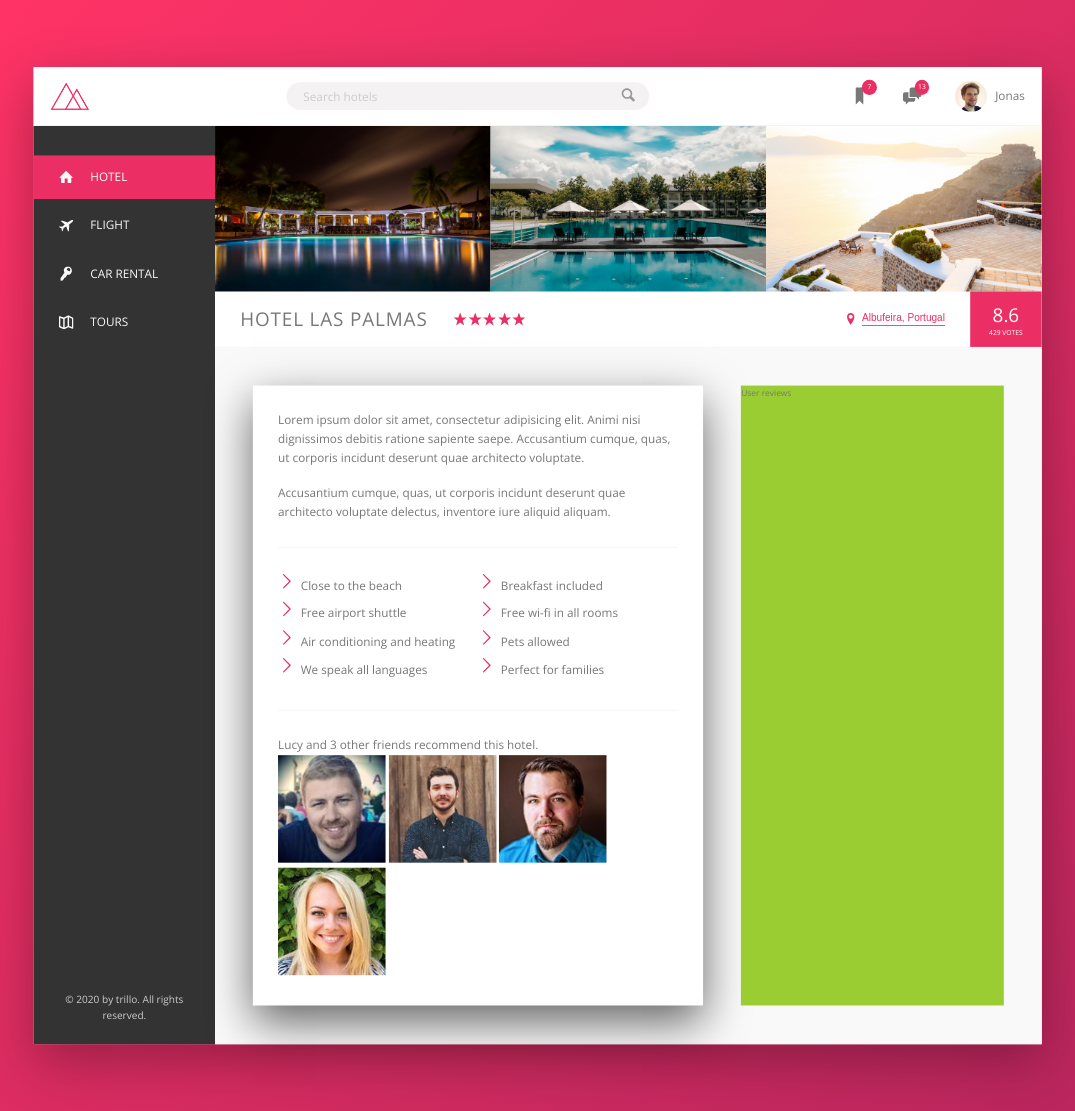
Repository: Lithium87/Trillo
Page: index.html
The author's editor kept a copy of each file at every save. The page is drawn from the files as they stood at one save, then again after the next save.
The browser window is 1280 px wide. The pictures show the whole page, at 84% of full size.
The style sheet was rebuilt from its Sass, Less or Tailwind sources for each picture, by a compiler version that may differ from the author's.

Above is the page before, as saved 2020-05-17 00:36:35.

After the next save:
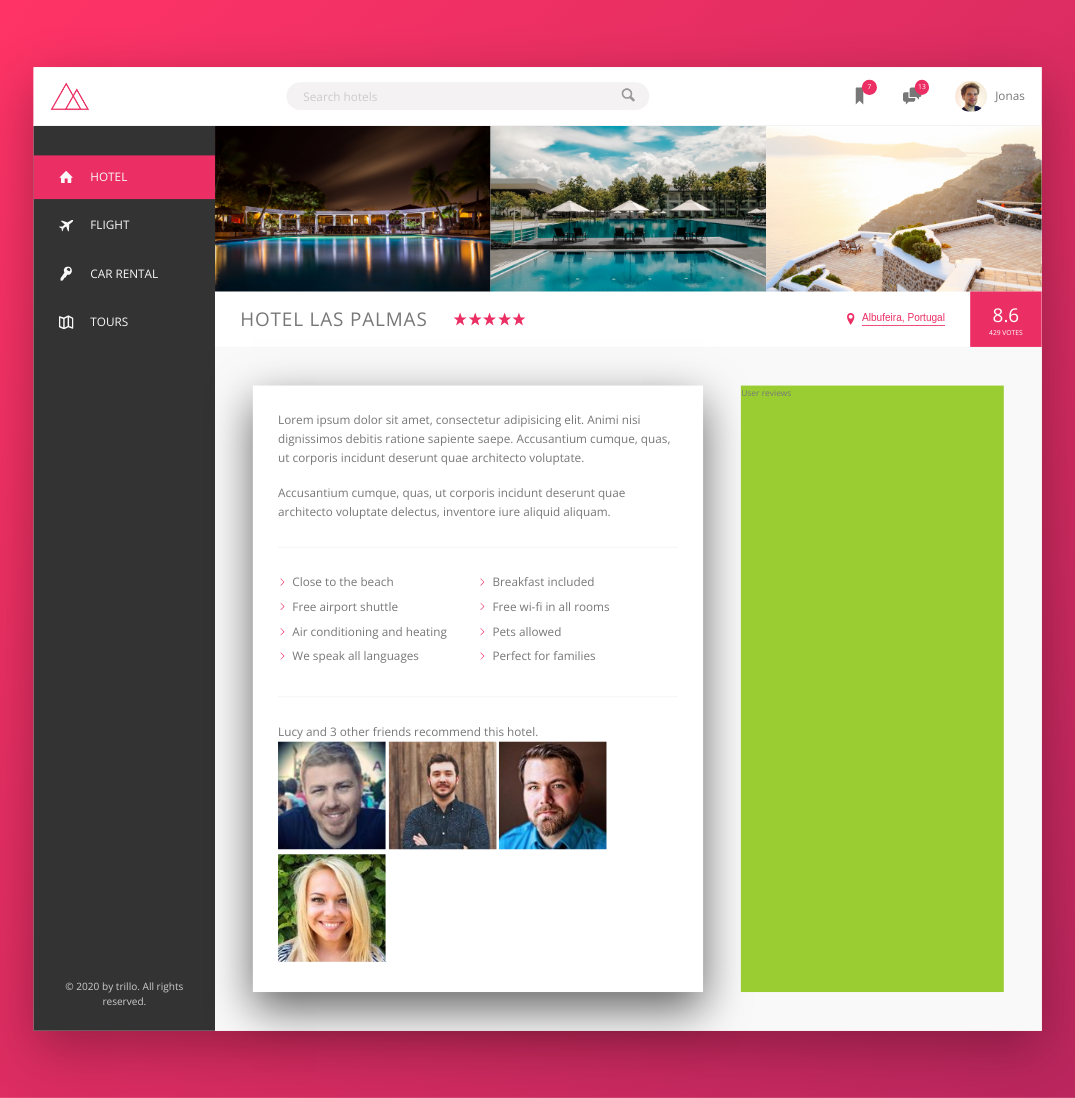
Saved 46 s later.
--- a/sass/_components.scss
+++ b/sass/_components.scss
@@ -280,8 +280,8 @@
     &__item::before {
         content: "";
         display: inline-block;
-        height: 2rem;
-        width: 2rem;
+        height: 1rem;
+        width: 1rem;
         margin-right: .7rem;
         //Older browsers
         //background-image: url(../img/chevron-thin-right.svg);
